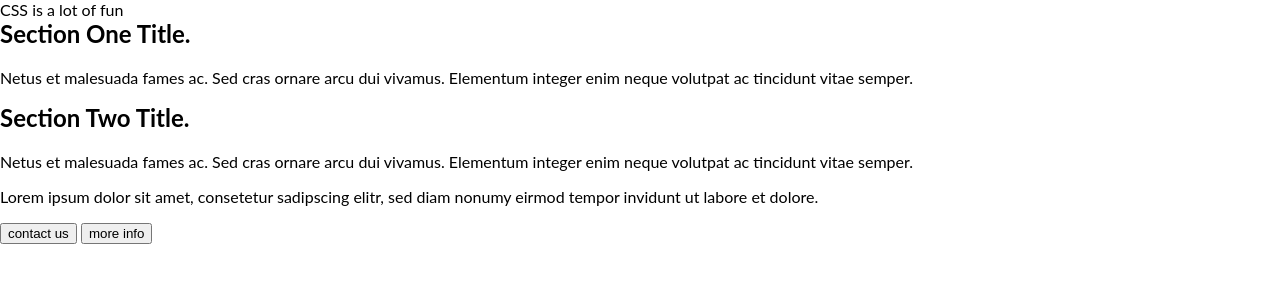
Repository: Doumham-Armah/sample-landing-page
Page: index.html
An editor plug-in stored every save of this project. The page is shown before and after the next save, followed by the edit.
The browser window is 1280 px wide. The pictures show the whole page.

Above is the page before, as saved 2021-08-16 12:28:21.

### index.html
<!DOCTYPE html>
<html lang="en">
  <head>
    <meta charset="UTF-8" />
    <meta http-equiv="X-UA-Compatible" content="IE=edge" />
    <meta name="viewport" content="width=device-width, initial-scale=1.0" />
    <title>Document</title>
    <link href="./style.css" rel="stylesheet" />
  </head>
  <body>
    <header>CSS is a lot of fun</header>

    <section class="section one">
      <h2>Section One Title.</h2>
      <p>
        Netus et malesuada fames ac. Sed cras ornare arcu dui vivamus. Elementum
        integer enim neque volutpat ac tincidunt vitae semper.
      </p>
    </section>

    <section class="section two">
      <h2>Section Two Title.</h2>
      <p>
        Netus et malesuada fames ac. Sed cras ornare arcu dui vivamus. Elementum
        integer enim neque volutpat ac tincidunt vitae semper.
      </p>
      <p>
        Lorem ipsum dolor sit amet, consetetur sadipscing elitr, sed diam nonumy
        eirmod tempor invidunt ut labore et dolore.
      </p>

      <button>contact us</button>
      <button>more info</button>
    </section>
  </body>
</html>

### style.css
body {
  margin: 0;
  font-family: Lato;
}
h2,
p {
  margin-top: 0;
}

After the next save:
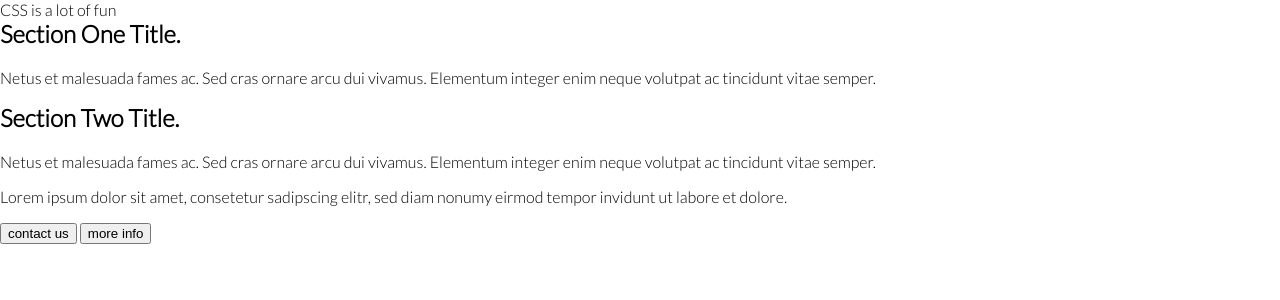
Saved 42 s later.
--- a/index.html
+++ b/index.html
@@ -5,6 +5,12 @@
     <meta http-equiv="X-UA-Compatible" content="IE=edge" />
     <meta name="viewport" content="width=device-width, initial-scale=1.0" />
     <title>Document</title>
+    <link rel="preconnect" href="https://fonts.googleapis.com" />
+    <link rel="preconnect" href="https://fonts.gstatic.com" crossorigin />
+    <link
+      href="https://fonts.googleapis.com/css2?family=Lato:wght@300&display=swap"
+      rel="stylesheet"
+    />
     <link href="./style.css" rel="stylesheet" />
   </head>
   <body>
